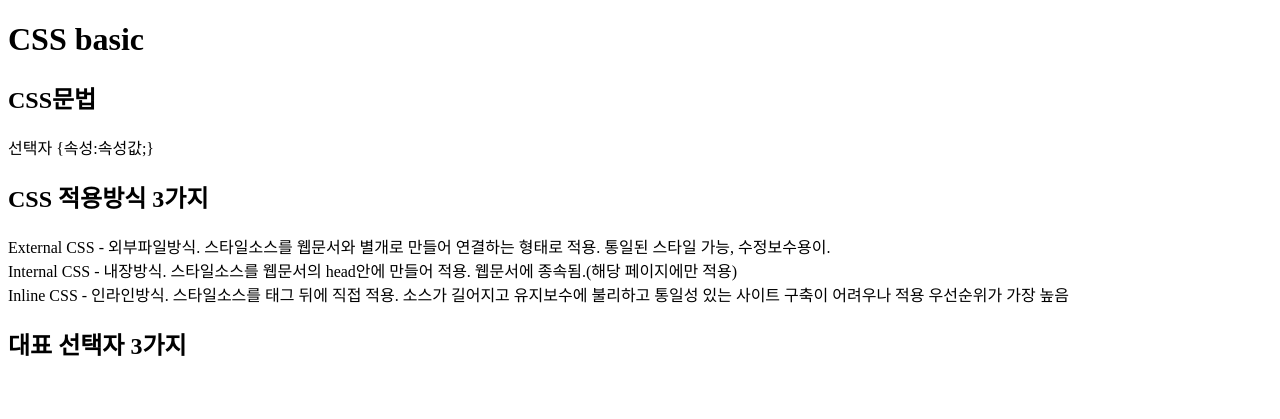
Repository: Git-Seokcoding/WEB
Page: CSS3/src/main/webapp/basic.html
An editor plug-in stored every save of this project. The page is shown before and after a run of saves, followed by the edit.
The browser window is 1280 px wide. The pictures show the whole page.

Above is the page before, as saved 2023-10-12 07:32:15.

After the next 2 saves:
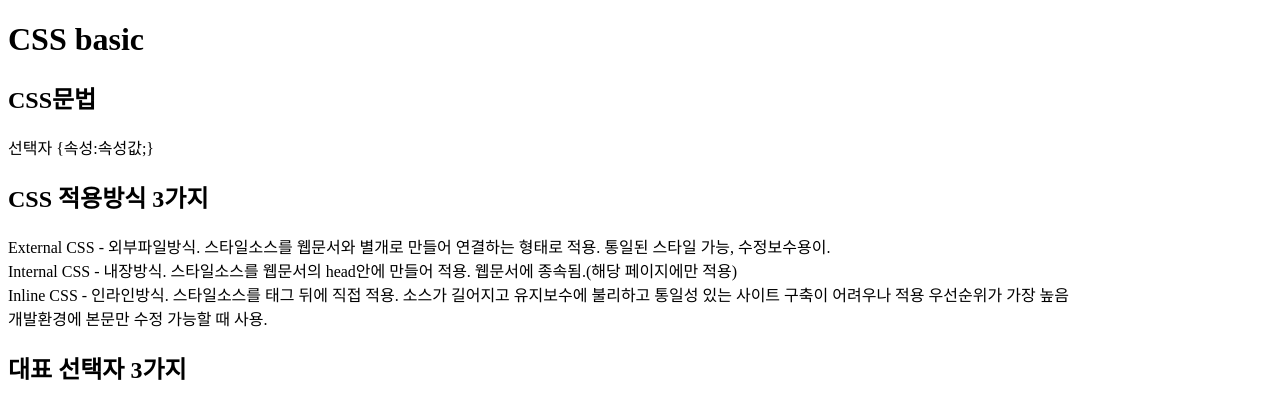
The 2 saves are shown as one change because they came seconds apart.
The last was saved 44 s later.
--- a/CSS3/src/main/webapp/basic.html
+++ b/CSS3/src/main/webapp/basic.html
@@ -16,6 +16,7 @@
 		웹문서에 종속됨.(해당 페이지에만 적용)<br>
 		Inline CSS   - 인라인방식. 스타일소스를 태그 뒤에 직접 적용.
 		소스가 길어지고 유지보수에 불리하고 통일성 있는 사이트 구축이 어려우나 적용 우선순위가 가장 높음<br>
+		개발환경에 본문만 수정 가능할 때 사용.
 
 	<h2>대표 선택자 3가지</h2>
 
